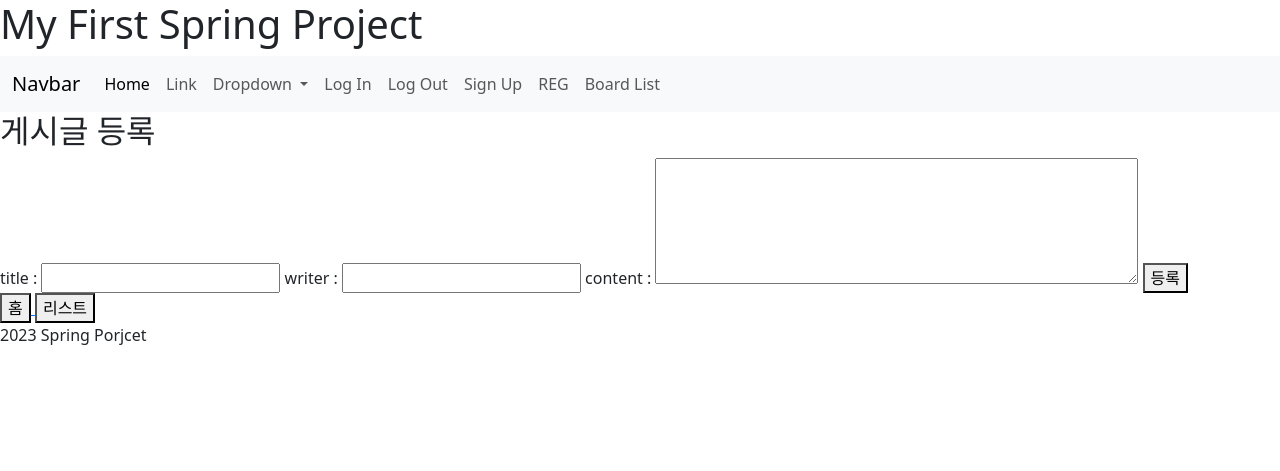
Repository: Leesunghoon1/ezenSpring
Page: http://localhost/spring-Test/WEB-INF/views/board/register.jsp
An editor plug-in stored every save of this project. The page is shown before and after the next save, followed by the edit.
The browser window is 1280 px wide. The pictures show the whole page.
The page is served by Tomcat 9. Nobody is signed in. Other server files are loaded and not shown. The template is opened directly, without the code that normally fills it, so the values that code supplies are empty.

Above is the page before, as saved 2023-10-05 08:08:42.

### spring-Test/src/main/webapp/WEB-INF/views/board/register.jsp
<%@ page language="java" contentType="text/html; charset=UTF-8"
    pageEncoding="UTF-8"%>
    <%@ taglib uri="http://java.sun.com/jsp/jstl/core" prefix="c" %>
<!DOCTYPE html>
<html>
<head>
<meta charset="UTF-8">
<title>Insert title here</title>
</head>
<body>
<jsp:include page="../layout/header.jsp"></jsp:include>
<h2> 게시글 등록 </h2>
<!-- mapping 상태는 get / post 가 별도의 mapping을 가짐  -->
<form action="/board/register" method="post">
	title : <input type="text" name="title">
	writer : <input type="text" name="writer">
	content : <textarea rows="5" cols="50" name="content"></textarea>
	<button type="submit">등록</button>
</form>

<a href="/">
	<button type="button">홈</button>
</a>
<a href="/board/list">
	<button type="button">리스트</button>
</a>

<jsp:include page="../layout/footer.jsp"></jsp:include>
</body>
</html>

### spring-Test/src/main/webapp/WEB-INF/views/layout/header.jsp
<%@ page language="java" contentType="text/html; charset=UTF-8"
    pageEncoding="UTF-8"%>
    <%@ taglib uri="http://java.sun.com/jsp/jstl/core" prefix="c" %>
<!DOCTYPE html>
<html>
<head>
<meta charset="UTF-8">
<title>Insert title here</title>
<link href="https://cdn.jsdelivr.net/npm/bootstrap@5.3.1/dist/css/bootstrap.min.css" rel="stylesheet" integrity="sha384-4bw+/aepP/YC94hEpVNVgiZdgIC5+VKNBQNGCHeKRQN+PtmoHDEXuppvnDJzQIu9" crossorigin="anonymous">
<script src="https://cdn.jsdelivr.net/npm/bootstrap@5.3.1/dist/js/bootstrap.bundle.min.js" integrity="sha384-HwwvtgBNo3bZJJLYd8oVXjrBZt8cqVSpeBNS5n7C8IVInixGAoxmnlMuBnhbgrkm" crossorigin="anonymous"></script>
</head>
<body>
<h1> My First Spring Project </h1>

<nav class="navbar navbar-expand-lg bg-body-tertiary">
  <div class="container-fluid">
    <a class="navbar-brand" href="#">Navbar</a>
    <button class="navbar-toggler" type="button" data-bs-toggle="collapse" data-bs-target="#navbarSupportedContent" aria-controls="navbarSupportedContent" aria-expanded="false" aria-label="Toggle navigation">
      <span class="navbar-toggler-icon"></span>
    </button>
    <div class="collapse navbar-collapse" id="navbarSupportedContent">
      <ul class="navbar-nav me-auto mb-2 mb-lg-0">
        <li class="nav-item">
          <a class="nav-link active" aria-current="page" href="#">Home</a>
        </li>
        <li class="nav-item">
          <a class="nav-link" href="#">Link</a>
        </li>
        <li class="nav-item dropdown">
          <a class="nav-link dropdown-toggle" href="#" role="button" data-bs-toggle="dropdown" aria-expanded="false">
            Dropdown
          </a>
          <ul class="dropdown-menu">
            <li><a class="dropdown-item" href="#">Action</a></li>
            <li><a class="dropdown-item" href="#">Another action</a></li>
            <li><hr class="dropdown-divider"></li>
            <li><a class="dropdown-item" href="#">Something else here</a></li>
          </ul>
        </li>
        <li class="nav-item">
          <a class="nav-link" href="/board/register">Log In</a>
        </li>
                <li class="nav-item">
          <a class="nav-link" href="/board/register">Log Out</a>
        </li>
                <li class="nav-item">
          <a class="nav-link" href="/board/register">Sign Up</a>
        </li>
                <li class="nav-item">
          <a class="nav-link" href="/board/register">REG</a>
        </li>
                <li class="nav-item">
          <a class="nav-link" href="/board/register">Board List</a>
        </li>
      </ul>
<!--       <form class="d-flex" role="search">
        <input class="form-control me-2" type="search" placeholder="Search" aria-label="Search">
        <button class="btn btn-outline-success" type="submit">Search</button>
      </form> -->
    </div>
  </div>
</nav>

### spring-Test/src/main/webapp/WEB-INF/views/layout/footer.jsp
<%@ page language="java" contentType="text/html; charset=UTF-8"
    pageEncoding="UTF-8"%>

<div>
2023 Spring Porjcet
</div>
</body>
</html>

After the next save:
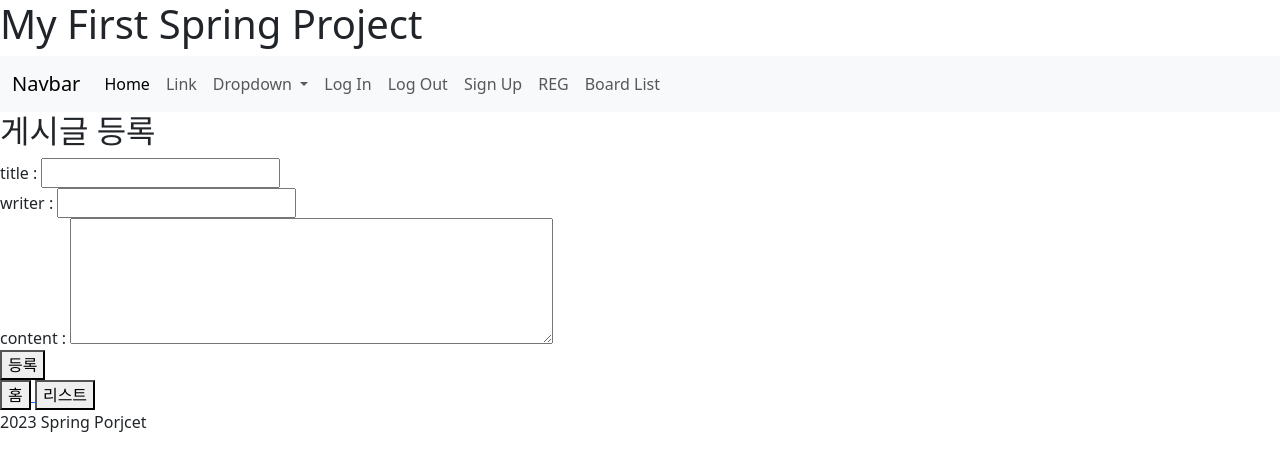
Saved 4 min 9 s later.
--- a/spring-Test/src/main/webapp/WEB-INF/views/board/register.jsp
+++ b/spring-Test/src/main/webapp/WEB-INF/views/board/register.jsp
@@ -12,9 +12,9 @@
 <h2> 게시글 등록 </h2>
 <!-- mapping 상태는 get / post 가 별도의 mapping을 가짐  -->
 <form action="/board/register" method="post">
-	title : <input type="text" name="title">
-	writer : <input type="text" name="writer">
-	content : <textarea rows="5" cols="50" name="content"></textarea>
+	title : <input type="text" name="title"><br>
+	writer : <input type="text" name="writer"><br>
+	content : <textarea rows="5" cols="50" name="content"></textarea><br>
 	<button type="submit">등록</button>
 </form>
 
